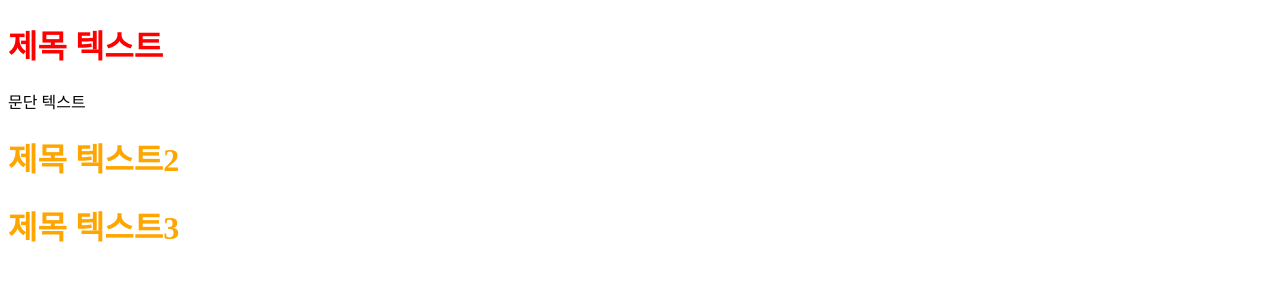
Repository: younseochoi/AI_PLATFORM
Page: my_code/03_web/html/src/main/webapp/css/start.html
These files come from the project's save history. The page is drawn as it stood at one moment and after the next save; the edit follows.
The browser window is 1280 px wide. The pictures show the whole page.

Above is the page before, as saved 2022-07-25 00:53:28.

After the next save:
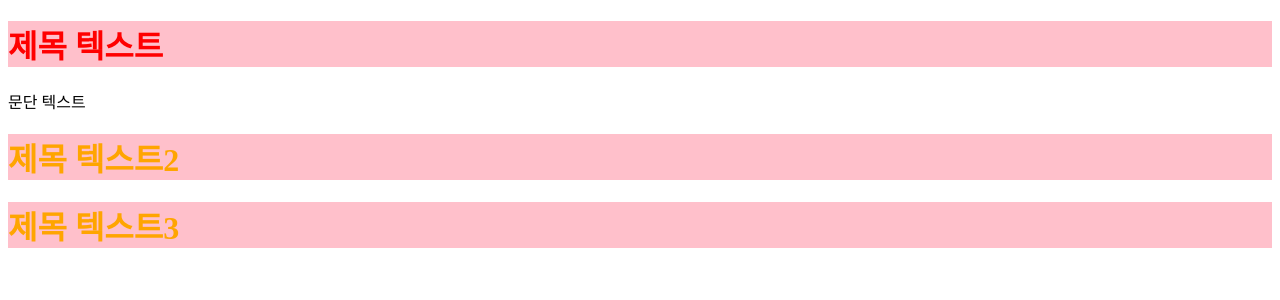
Saved 2 min 14 s later.
--- a/my_code/03_web/html/src/main/webapp/css/start.html
+++ b/my_code/03_web/html/src/main/webapp/css/start.html
@@ -5,7 +5,7 @@
 <title>Insert title here</title>
 <link href="sample.css" rel="stylesheet">
 <style type="text/css">
-/* 	h1{color:green;} */
+	h1{background-color:pink;}
 </style>
 </head>
 <body>
